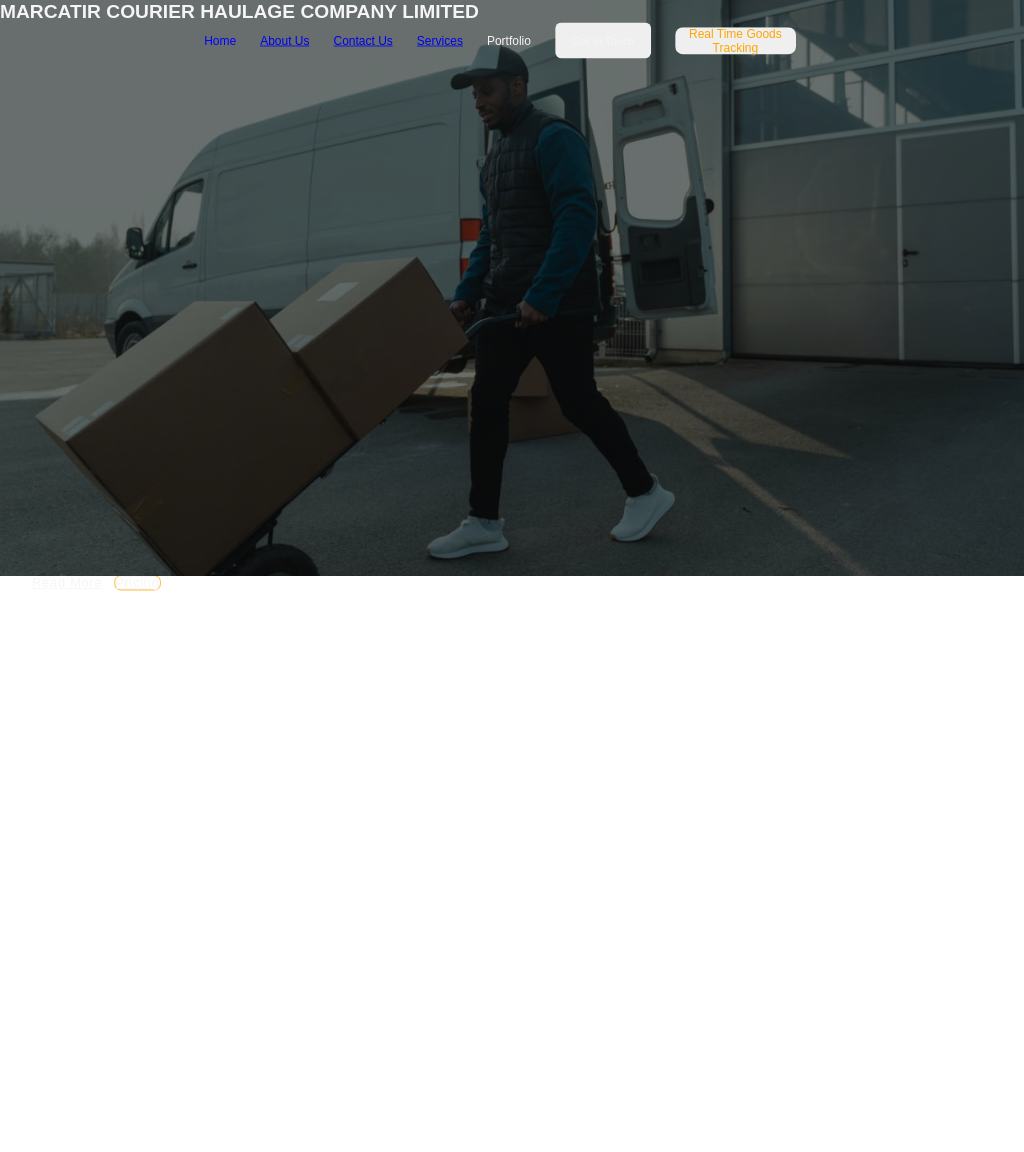
Repository: YagahAi/MARCATIR
Page: INDEX.HTML
An editor plug-in stored every save of this project. The page is shown before and after a run of saves, followed by the edit.
The browser window is 1280 px wide. The pictures show the whole page, at 80% of full size.

Above is the page before, as saved 2023-09-15 02:28:43.

After the next 2 saves:
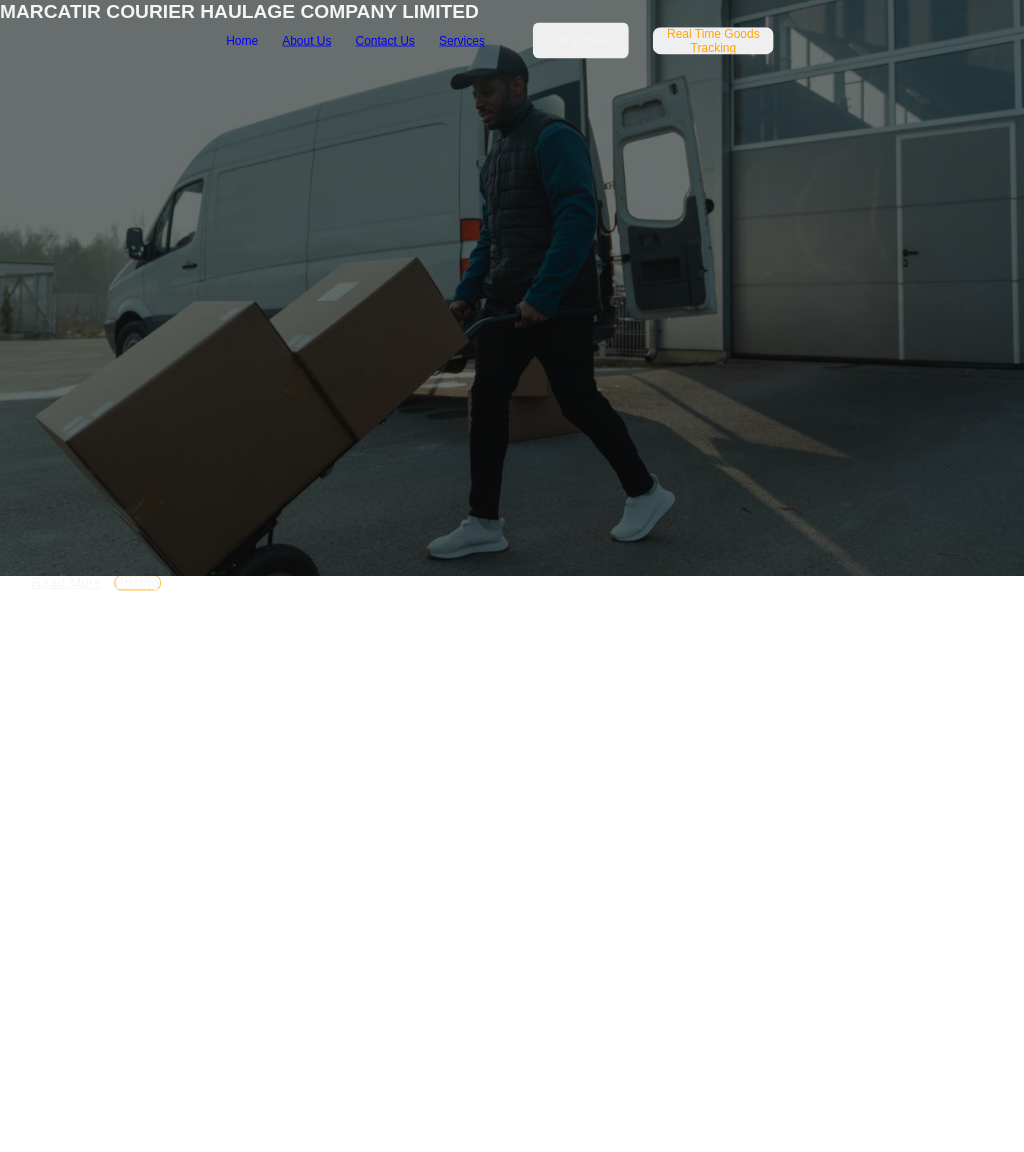
The 2 saves are shown as one change because they came seconds apart.
The last was saved 15 s later.
--- a/INDEX.HTML
+++ b/INDEX.HTML
@@ -15,7 +15,7 @@
                 <li><a href="/aboutus.html">About Us</a></li>
                 <li><a href="/contactus.html">Contact Us</a></li>
                 <li><a href="services.html">Services</a></li>
-                <li>Portfolio</li>
+                <li><a hrefPortfolio</li>
                 <li><a href="/form.html" target="_blank"><button class="btn">Get In Touch</button></a></li>
                 <li><button class="btn2">Real Time Goods Tracking</button></li>
 
